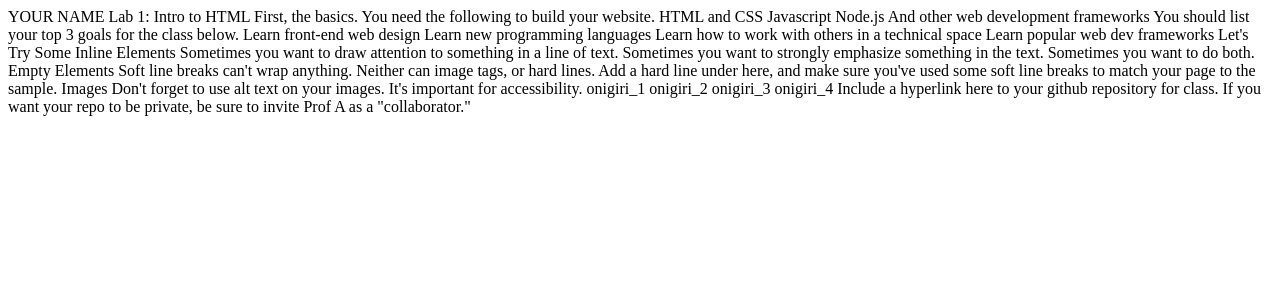
Repository: vnath22/INST377-Lab-Work
Page: client/lab_1/index.html
These files come from the project's save history. The page is drawn as it stood at one moment and after the next save; the edit follows.
The browser window is 1280 px wide. The pictures show the whole page.

Above is the page before, as saved 2022-01-25 11:29:41.

After the next save:
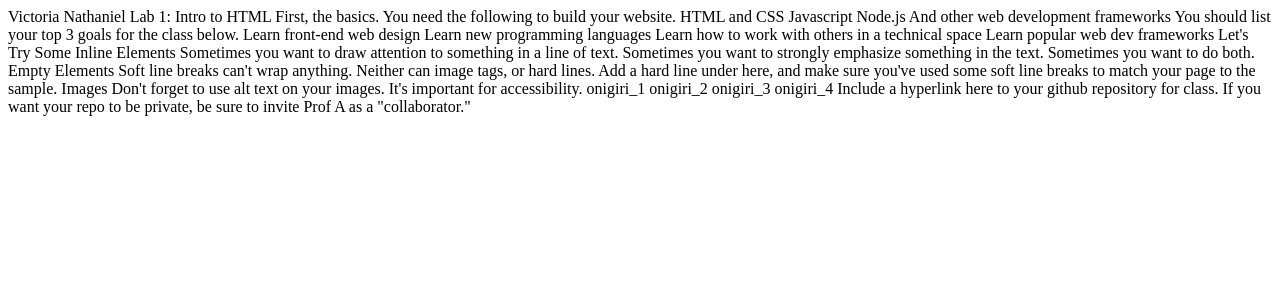
Saved 34 h 38 min later.
--- a/client/lab_1/index.html
+++ b/client/lab_1/index.html
@@ -1,4 +1,4 @@
-YOUR NAME Lab 1: Intro to HTML
+Victoria Nathaniel Lab 1: Intro to HTML
 
 First, the basics.
 
